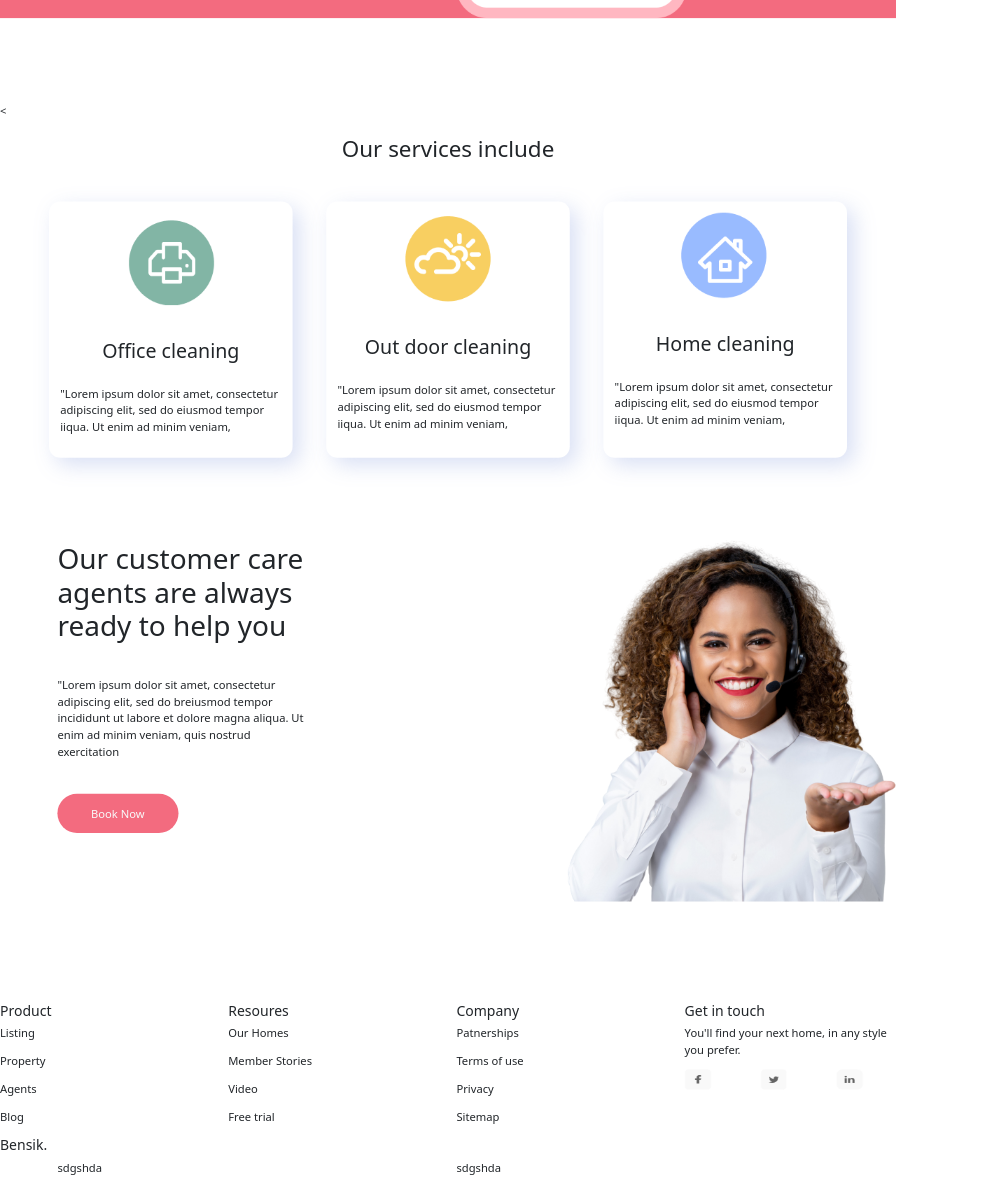
Repository: uy022/QuocUybaitapgiuaki
Page: index.html
An editor plug-in stored every save of this project. The page is shown before and after the next save, followed by the edit.
The browser window is 1280 px wide. The page is 1423 px wide, so the pictures cover 1423 px, including what lies to the right of the window. The pictures show the part of the page from y = 1587 to 3307 px (the page is 3283 px tall before and 3307 px after), at 70% of full size.

Above is the page before, as saved 2022-09-06 22:49:46.

After the next save:
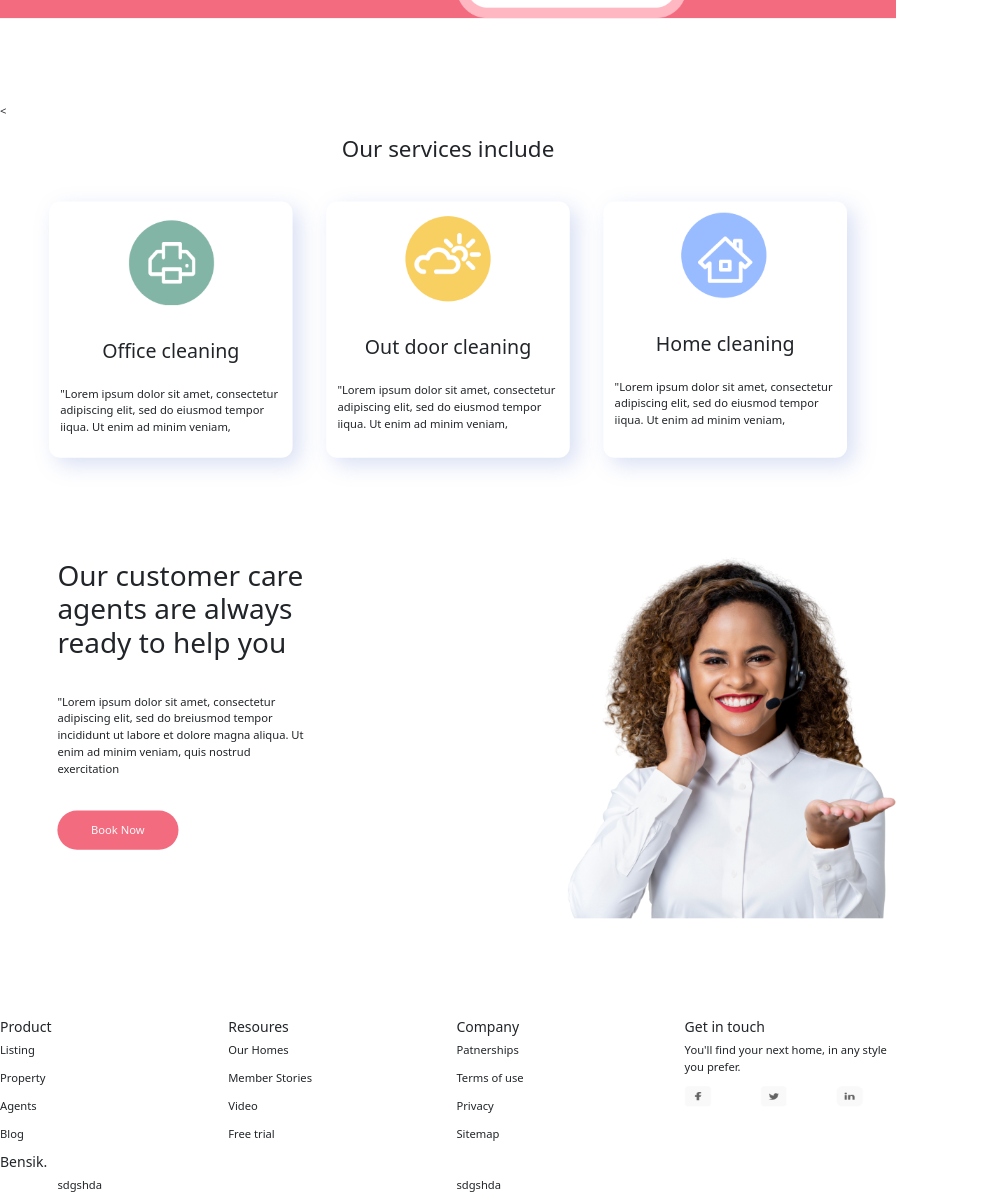
Saved 29 s later.
--- a/index.html
+++ b/index.html
@@ -130,7 +130,7 @@
        </div>
       </div>
 
-<br><br><br>
+<br><br><br><br>
         <div class="content">
           <div class=" container">
             <div class="row d-flex justify-content-between align-items-start">
